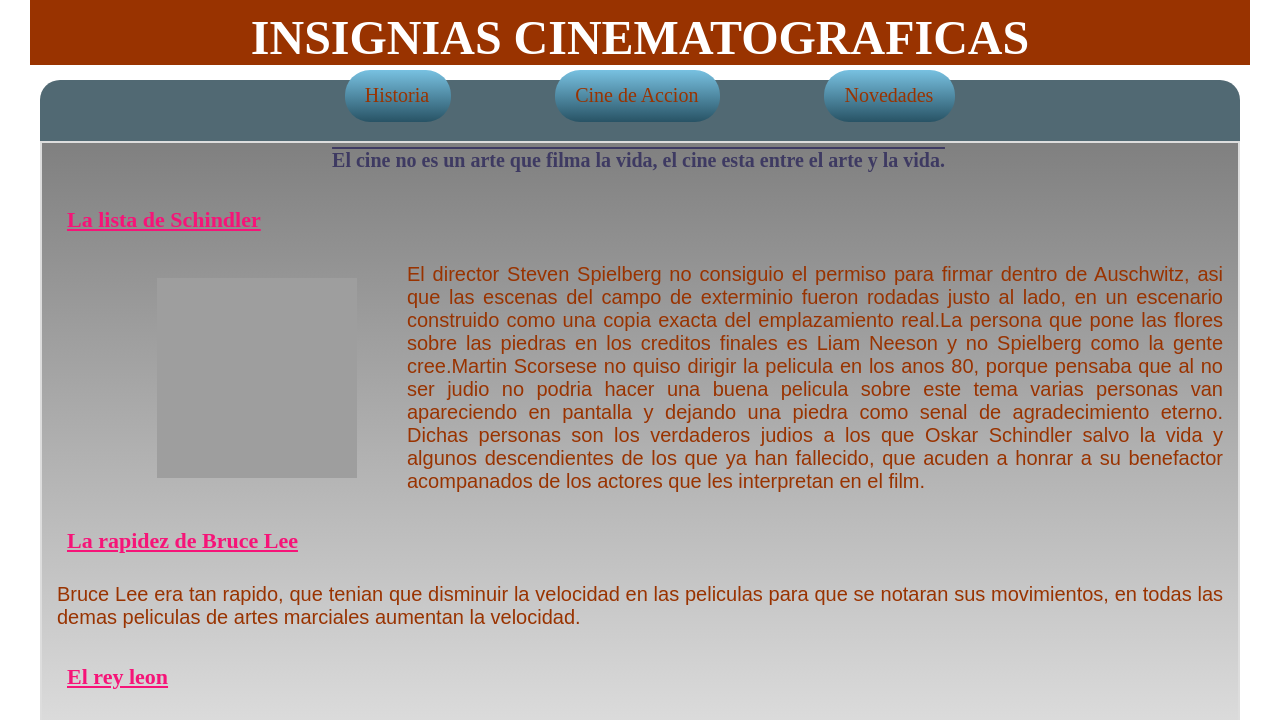
Repository: fredysanchez/PracticaRepositorio
Page: 05 CUARTO SEMESTRE/ARQUITECTURA WEB/Deberes/Deber4_Insignias/novedaes.html
The author's editor kept a record of every edit. The page is drawn from the files as they stood at one moment, then again after the next edit.
The browser window is 1280 px wide. The pictures show the part of the page from y = 155 to 875 px (the page is 1187 px tall before and 1141 px after).
Pictures or frames that could not be fetched are drawn as grey boxes.

Above is the page before.

### 05 CUARTO SEMESTRE/ARQUITECTURA WEB/Deberes/Deber4_Insignias/novedaes.html
<!DOCTYPE html>
<html>
    <head>
        <title>Insignias</title>
        <link rel="stylesheet" href="main.css" type="text/css" />
    </head>
    <body>
        <div class="header">
            <img class="icon" src="https://mariadolores99blog.files.wordpress.com/2015/04/rollo-pelicula-3.png">
            <h1>INSIGNIAS CINEMATOGRAFICAS</h1>
        </div>
        <div class="nav">
            <ul >
                <li><a href="historia.html">Historia</a></li>
                <li><a href="accion/accion.html">Cine de Accion</a></li>
                <li><a href="novedaes.html">Novedades</a></a></li>
            </ul>
            <div class="main-cont">
                <h3>El cine no es un arte que filma la vida, el cine esta entre el arte y la vida.</h3>
                <h4>La lista de Schindler</h4>
                    <p><img class="biografias" src="http://curiosidades.com/wp-content/uploads/2013/09/la-lista-de-schindler-in02-dvd4-150x150.jpg">
                    El director Steven Spielberg no consiguio el permiso para firmar dentro de Auschwitz,
                    asi que las escenas del campo de exterminio fueron rodadas justo al lado, en un escenario construido como una copia exacta del
                    emplazamiento real.La persona que pone las flores sobre las piedras en los creditos finales es Liam Neeson y no Spielberg como la
                    gente cree.Martin Scorsese no quiso dirigir la pelicula en los anos 80, porque pensaba que al no ser judio no podria hacer una buena
                    pelicula sobre este tema varias personas van apareciendo en pantalla y dejando una piedra como senal de agradecimiento eterno.
                    Dichas personas son los verdaderos judios a los que Oskar Schindler salvo la vida y algunos descendientes de los que ya han fallecido,
                    que acuden a honrar a su benefactor acompanados de los actores que les interpretan en el film.</p>
                <h4>La rapidez de Bruce Lee</h4>
                    <p>Bruce Lee era tan rapido, que tenian que disminuir la velocidad en las peliculas para que se notaran sus movimientos,
                    en todas las demas peliculas de artes marciales aumentan la velocidad.</p>
                <h4>El rey leon</h4>
                    <p><img class="biografias" src="http://curiosidades.com/wp-content/uploads/2013/09/4156626_249px-150x150.jpg">
                    La pelicula fue acusada de plagio y llevada a los tribunales por la asociacion Tetsuka. Dicha asociacion
                    afirmaba que mantenia "sospechosos" parecidos con "Jugle Taitei" (Kimbo El Leon Blanco) el juez dio su sentencia a
                    favor de Disney. Una curiosidad es que pese a que los directivos de la multinacional de la animacion
                    afirmaban que no era un plagio, tras finalizar el juicio dijeron que "Tetsuka hubiese estado orgulloso de tener una adaptacion
                    a la animacion de tanta calidad". Es la primera pelicula de la factoria Disney que no esta abasada en ningun cuento o relato (parte de un guion original) y
                    la primera en la que no aparece ningun humano. La pelicula fue acusada de plagio y llevada a los tribunales por la asociacion Tetsuka. Dicha asociacion
                    afirmaba que mantenia "sospechosos" parecidos con "Jugle Taitei".afirmaban que no era un plagio.</p>
            </div>
            <a href="inicio.html"><img class="back" src="http://www.superenglishtj.com/arrow.png"></a>
        </div>
    </body>
</html>

### 05 CUARTO SEMESTRE/ARQUITECTURA WEB/Deberes/Deber4_Insignias/main.css
            /*Eliminar el formato de toda la pagina*/
            html,body,h1,h2,h3,p,ul,ol,li,a{
                padding:0;
                margin:0;
                border:0;
            }

            body{
                padding:30px 30px 30px 30px;
            }

            h1{
                color: white;
                font-size: 48px;
                margin:10px 0 15px 0;
                text-align:center;
            }

            h2 {
                color:#87CEEB;
                padding:6px 3px 0 0;
                border-bottom:5px solid #1E90FF;
                margin:20px 0 20px 0;
                font-size: 40px;
                text-align:center;
            }

            h3 {
                color: #3E3A62;
                font-size: 20px;
                padding: 6px 3px 0px 0px;
                text-align:center;
                text-decoration:overline;
            }

            h4 {
                color: #F61478;
                font-size: 22px;
                padding: 6px 3px 0px 25px;
                text-decoration:underline;
                text-align:left;
            }

            p{
                font-size: 16px;
                padding:0 15px 0 15px;
                color: #574E51;
                font-family: arial;
                text-decoration: none ;
                text-align:justify;
            }

            ol li:first-child {
                color: #778899;
            }

            ol{
                font-size:24px;
            }

            ul{
                font-size:24;
                list-style:none;
                padding:0 0 8px 20px;
            }

            ul li{
                font-size: 25px;
                text-align:center;
            }

            .nav{
                text-align:center;
                margin:0 10px 0 10px;
                background:#516973;
                border-radius: 20px;
            }

            .nav li{
                margin:0 50px 0 50px;
                text-decoration:none;
                list-style-type:none;
                display:inline;
                padding:10px 22px 15px 20px;
                border-radius: 25px;
                background: -webkit-gradient(linear, 0 0, 0 100%, from(#78C1E1), to(#285365));
                background: -moz-linear-gradient(#78C1E1, #285365);
                background: -webkit-linear-gradient(#78C1E1, #285365);
                background: -o-linear-gradient(#78C1E1, #285365);
                background: linear-gradient(#78C1E1, #285365);
            }

            .nav a{
                color: #993300;
                text-decoration:none;
                font-size:20px;
            }

            .header {
                background-color:#993300;
                text-align:center;
                margin:auto;
            }

            .header a{
                color:yellow;
            }

            .icon{
                padding:25px 0 0 0;
                display:block;
                margin:auto;
                width:500px;
                height:100px;
            }
            .back{
                display:block;
                margin:auto;
                width:50px;
                height:50px;
            }

            .main-cont{
                padding:0;
                border: 2px solid #DDDDDD;
                margin: 25px auto 0 auto;
                background: -webkit-gradient(linear, 0 0, 0 100%, from(gray), to(white));
                background: -moz-linear-gradient(gray, white);
                background: -webkit-linear-gradient(gray, white);
                background: -o-linear-gradient(gray, white);
                background: linear-gradient(gray, white);
            }

            .main-cont a{
                color: #993300;
                text-decoration:none;
                font-size:20px;
                display:block;
            }
            .main-cont p{
                color: #993300;
                text-decoration:none;
                font-size:20px;
                display:block;
            }


            .imagen {
                display:block;
                margin:auto;
                width:400px;
                height:250px;
            }

            .imagen1 {
                margin:auto;
                width:500px;
                height:600px;
            }

            .pelicula{
                margin:auto;
                width:200px;
                height:200px;
                border-radius: 360px;
            }

            .biografias{
                width:200px;
                height:200px;
                float:left;
                clear: both;
                padding:15px 50px 15px 100px;
            }

After the next edit:
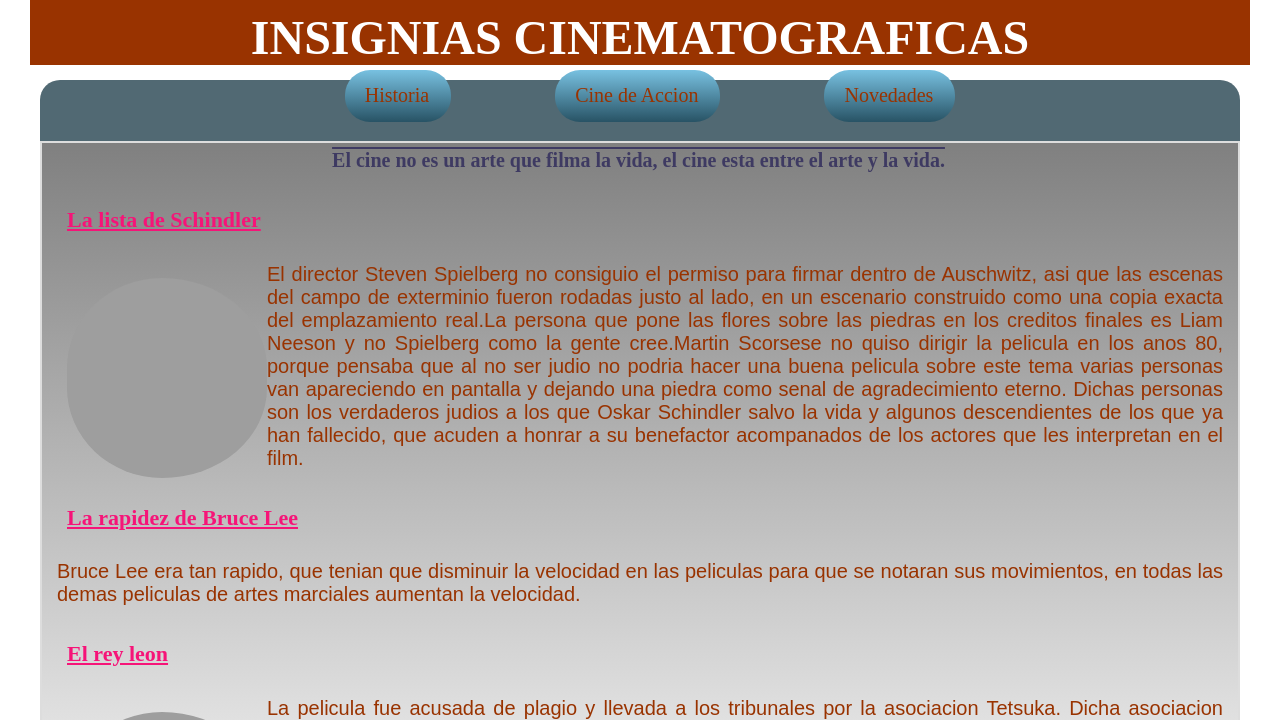
The edit:
--- a/05 CUARTO SEMESTRE/ARQUITECTURA WEB/Deberes/Deber4_Insignias/main.css
+++ b/05 CUARTO SEMESTRE/ARQUITECTURA WEB/Deberes/Deber4_Insignias/main.css
@@ -170,5 +170,8 @@
                 height:200px;
                 float:left;
                 clear: both;
-                padding:15px 50px 15px 100px;
+                border-radius: 360px;
+                padding:15px 0 15px 10px;
+                display:block;
+
             }
